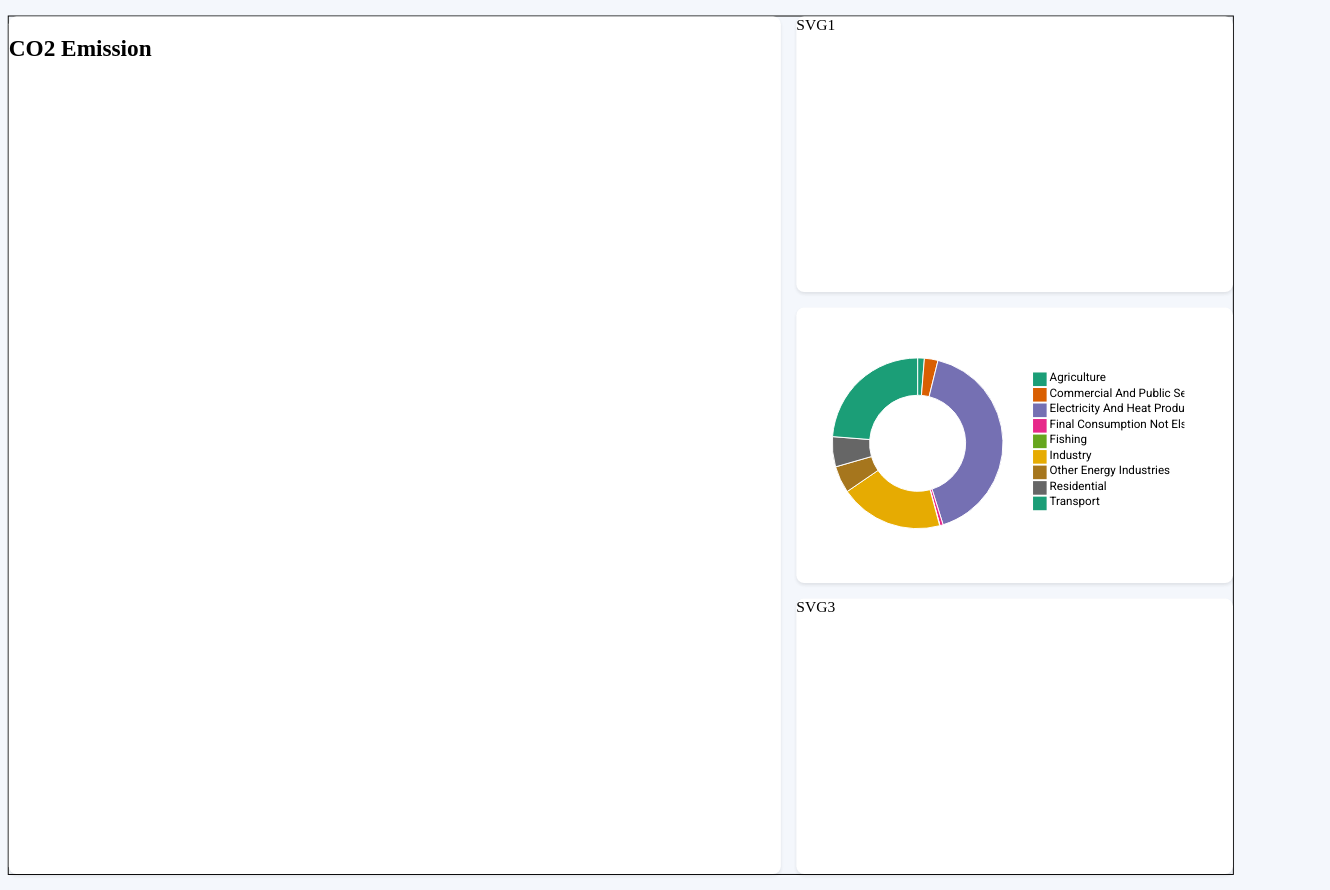
Repository: losmarco/CO2-Emission-Data-Dashboard
Page: index.html
An editor plug-in stored every save of this project. The page is shown before and after the next save, followed by the edit.
The browser window is 1280 px wide. The page is 1371 px wide, then 1280 px, so the pictures cover 1371 px, including what lies to the right of the window. The pictures show the whole page, at 97% of full size.
The style sheet was rebuilt from its Sass, Less or Tailwind sources for each picture, by a compiler version that may differ from the author's.

Above is the page before, as saved 2020-03-29 17:39:48.

After the next save:
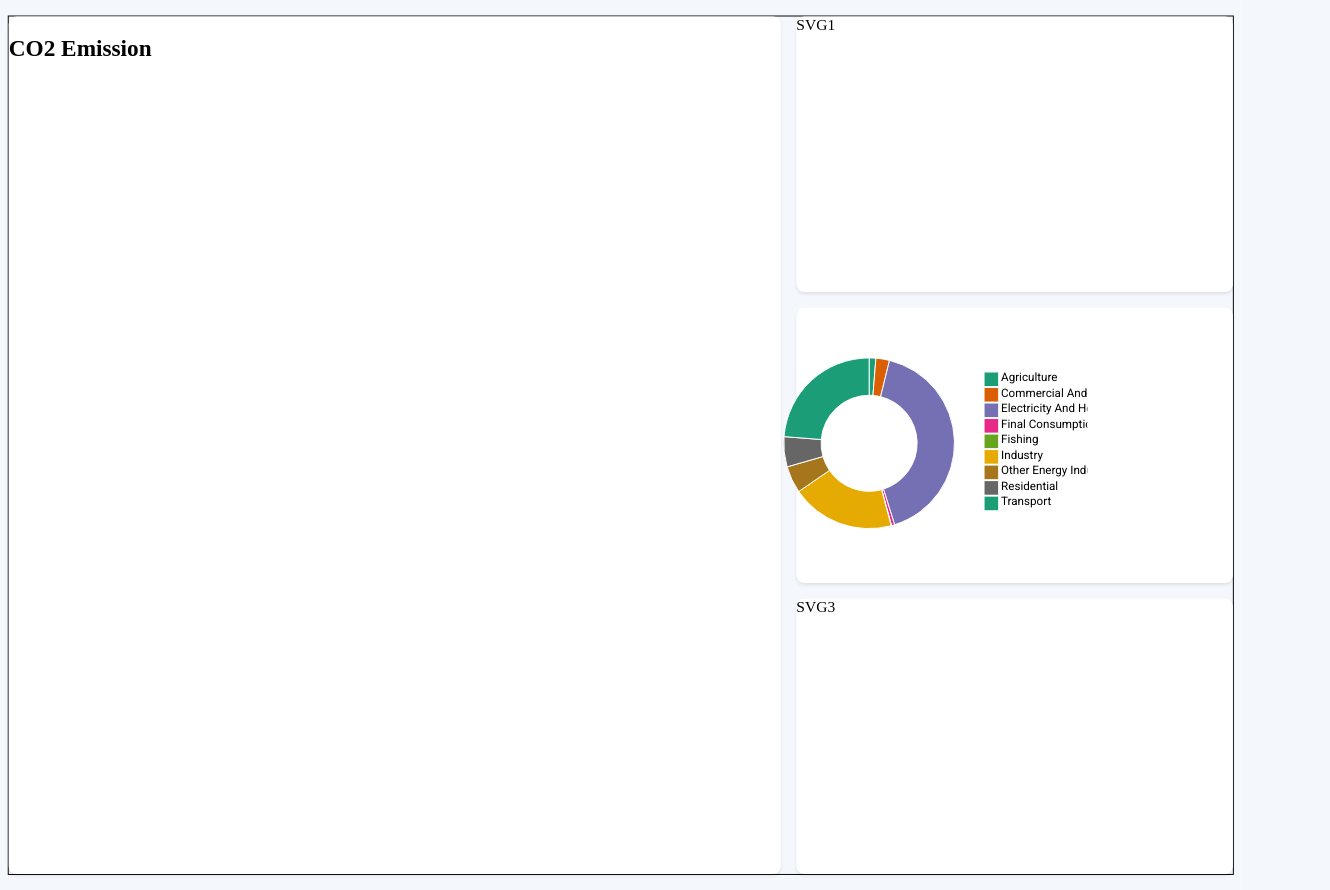
Saved 49 s later.
--- a/javascript/chart.js
+++ b/javascript/chart.js
@@ -2,7 +2,7 @@
 
 //Donut Chart
 // set the dimensions and margins of the graph
-var width = 550
+var width = 450
     height = 280
     margin = 30
 // The radius of the pieplot is half the width or half the height (smallest one). I subtract a bit of margin.
